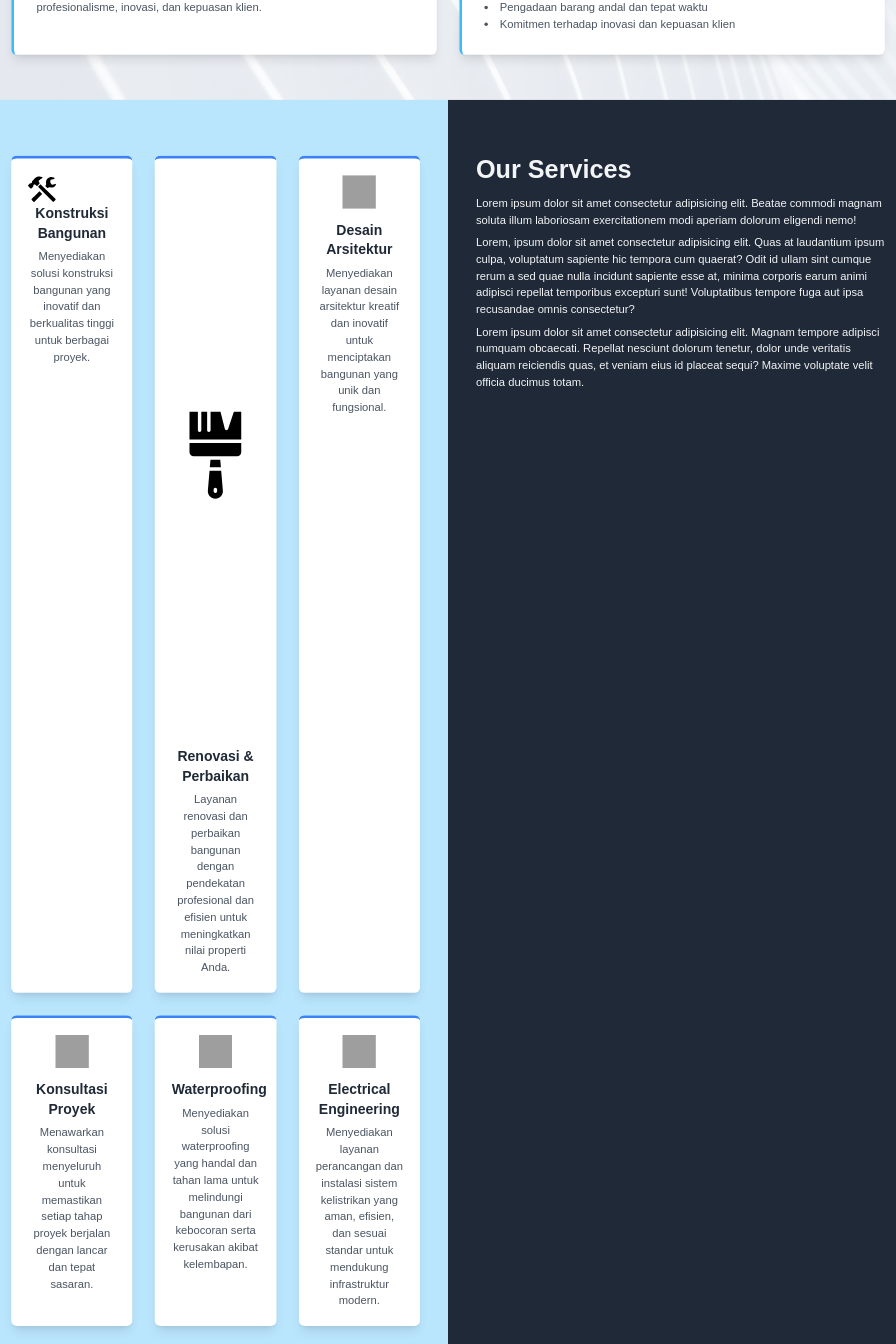
Repository: PrasBaldin/next-mulse
Page: /
An editor plug-in stored every save of this project. The page is shown before and after the next save, followed by the edit.
The browser window is 1280 px wide. The pictures show the part of the page from y = 1826 to 3746 px (the page is 5669 px tall before and 4909 px after), at 70% of full size.
Pictures or frames that could not be fetched are drawn as grey boxes. The project was rebuilt for these pictures with package versions that can differ from the ones it lists, and the page was loaded fresh each time. The framework's server and built-in components were replaced by stand-ins that run in the browser. Also part of the build but not shown: next.config.ts.

Above is the page before, as saved 2025-02-23 15:27:59.

### app/layout.tsx
import type { Metadata } from "next";
import { Geist, Geist_Mono } from "next/font/google";
import "./globals.css";
import Navbar from "@/components/navbar";
import Footer from "@/components/footer";

const geistSans = Geist({
  variable: "--font-geist-sans",
  subsets: ["latin"],
});

const geistMono = Geist_Mono({
  variable: "--font-geist-mono",
  subsets: ["latin"],
});

export const metadata: Metadata = {
  title: "Mulse",
  description: "Selamat datang di PT. Mulse Citra Nusa, kami menyediakan barang dan jasa sesuai kebutuhan Anda.",
};

export default function RootLayout({
  children,
}: Readonly<{
  children: React.ReactNode;
}>) {
  return (
    <html lang="en">
      <body className={`${geistSans.variable} ${geistMono.variable} antialiased`} >
        <Navbar />
        {children}
        <Footer />
      </body>
    </html>
  );
}

### app/page.tsx
import Hero from "@/components/hero";
import AboutPage from "./about/page";
import ServicesPage from "./services/page";

const IndexPage = () => (
  <>
    <Hero />
    <AboutPage />
    <ServicesPage />
    <section className="bg-gray-100 dark:bg-gray-700 text-gray-700 dark:text-gray-100 transition duration-500 ease-in-out py-5">
      <div className="container">
        <div className="py-[15rem]">
          <h1>Ini Halaman Home</h1>
          <p>Lorem ipsum dolor, sit amet consectetur adipisicing elit. Voluptatem possimus ea necessitatibus incidunt placeat vero omnis aliquid doloremque, facere amet.</p>
          <div className="pb-[15rem]">
            <p>Div ke dua</p>
          </div>
          <div className="py-[20rem]"></div>
        </div>
      </div>
    </section>
  </>
);

export default IndexPage

### app/globals.css
@tailwind base;
@tailwind components;
@tailwind utilities;

:root {
  --background: #ffffff;
  --foreground: #171717;
}

@media (prefers-color-scheme: dark) {
  :root {
    --background: #0a0a0a;
    --foreground: #ededed;
  }
}

body {
  font-family: Arial, Helvetica, sans-serif;
  @apply bg-gray-100 dark:bg-gray-700
}

.container {
  @apply mx-auto px-4
}

.btn {
  @apply p-2 rounded-lg hover:bg-gray-200 dark:hover:bg-gray-600 transition duration-500 ease-in-out
}

### app/services/page.tsx
const ServicesPage = () => {
  return (
    <>
      <section className="w-full flex flex-col lg:flex-row">
        <div className="w-full lg:w-1/2 bg-sky-200">
          <div className="sm:max-w-[640px] md:max-w-[768px] lg:max-w-[512px] xl:max-w-[640px] 2xl:max-w-[768px] ml-auto mr-auto lg:mr-0 px-4 lg:pr-10">
            <div className="py-20">
              <div className="grid grid-cols-1 md:grid-cols-2 lg:grid-cols-3 gap-8">
                {/* Card Layanan 1 */}
                <div className="bg-white dark:bg-gray-800 rounded-lg shadow-lg p-6 border-t-4 border-blue-500 hover:shadow-2xl transition duration-300">
                  <svg
                    className="w-10 h-10"
                    version="1.1"
                    xmlns="http://www.w3.org/2000/svg"
                    xmlnsXlink="http://www.w3.org/1999/xlink"
                    viewBox="0 0 512 512"
                    xmlSpace="preserve"
                  >
                    <g>
                      <path d="M360.102,240.012l10.156-10.266c0,0,15.609-13.406,33.406-7.328c30.984,10.578,66.781-0.875,91.609-25.734 c7.063-7.063,15.641-21.234,15.641-21.234c0.984-1.344,1.328-3.047,0.922-4.672l-1.922-7.906c-0.359-1.484-1.313-2.75-2.625-3.531 c-1.313-0.766-2.891-0.969-4.344-0.547l-60.984,16.969c-2.266,0.625-4.688-0.219-6.063-2.109l-28.015-38.594 c-0.859-1.172-1.219-2.641-1.016-4.063l5.641-41c0.297-2.234,1.891-4.047,4.063-4.656l64.406-17.922 c2.906-0.813,4.672-3.813,3.953-6.766l-2.547-10.359c-0.344-1.469-1.281-2.719-2.563-3.5c0,0-5.047-3.344-8.719-5.234 c-36.578-18.891-82.64-13.031-113.312,17.656c-22.656,22.656-31.531,53.688-27.375,83.156c3.203,22.656,1.703,34.703-8.078,45.047 c-0.891,0.922-3.703,3.734-8.047,8L360.102,240.012z" />
                      <path d="M211.383,295.418C143.024,361.652,68.461,433.715,68.461,433.715c-2.547,2.438-4,5.797-4.047,9.313 c-0.047,3.5,1.344,6.891,3.813,9.375l31.938,31.938c2.5,2.484,5.875,3.859,9.391,3.813c3.516-0.031,6.859-1.5,9.281-4.031 l139.328-140.953L211.383,295.418z" />
                      <path d="M501.43,451.371c2.484-2.484,3.859-5.859,3.813-9.375c-0.031-3.516-1.5-6.859-4.031-9.297L227.415,166.246 l-43.953,43.969L450.805,483.09c2.438,2.547,5.781,4,9.297,4.047s6.891-1.344,9.391-3.828L501.43,451.371z" />
                      <path d="M254.196,32.621c-32.969-12.859-86.281-14.719-117.156,16.141c-24.313,24.313-59.875,59.891-59.875,59.891 c-12.672,12.656-0.906,25.219-10.266,34.563c-9.359,9.359-24.313,0-32.734,8.422L3.29,182.527c-4.391,4.375-4.391,11.5,0,15.891 l43.016,43.016c4.391,4.391,11.516,4.391,15.906,0l30.875-30.875c8.438-8.422-0.938-23.375,8.438-32.719 c12.609-12.625,26.375-10.484,34.328-2.547l15.891,15.891l17.219,4.531l43.953-43.953l-5.063-16.688 c-14.016-14.031-16.016-30.266-7.234-39.047c13.594-13.594,36.047-33.234,57.078-41.656 C271.102,49.012,267.055,35.668,254.196,32.621z M194.571,103.48c-0.063,0.047,5.859-7.281,5.969-7.375L194.571,103.48z" />
                    </g>
                  </svg>
                  <h3 className="text-xl font-semibold text-gray-800 dark:text-white mb-2 text-center">
                    Konstruksi Bangunan
                  </h3>
                  <p className="text-gray-600 dark:text-gray-300 text-center">
                    Menyediakan solusi konstruksi bangunan yang inovatif dan
                    berkualitas tinggi untuk berbagai proyek.
                  </p>
                </div>
                {/* Card Layanan 2 */}
                <div className="bg-white dark:bg-gray-800 rounded-lg shadow-lg p-6 border-t-4 border-blue-500 hover:shadow-2xl transition duration-300">
                  <div className="mb-4 flex justify-center">
                    <svg
                      fill="#000000"
                      width="800px"
                      height="800px"
                      viewBox="0 0 512 512"
                      version="1.1"
                      xml:space="preserve"
                      xmlns="http://www.w3.org/2000/svg"
                      xmlns:xlink="http://www.w3.org/1999/xlink"
                    >
                      <g>
                        <g>
                          <polygon points="227.441,282 223.678,327 288.322,327 284.559,282   " />

                          <path d="M299.721,462l-9.718-115h-68.006l-9.718,115c-0.003,0.036-0.007-0.022-0.01,0.014 c-1.188,12.473,2.8,24.401,11.229,33.67c8.429,9.271,19.972,14.352,32.501,14.352c12.529,0,24.072-5.117,32.501-14.387 c8.429-9.27,12.417-21.157,11.229-33.63C299.727,461.983,299.724,462.036,299.721,462z M266,466.177c0,5.502-4.498,9.963-10,9.963 c-5.502,0-10-4.461-10-9.963v-10.959c0-5.502,4.498-9.963,10-9.963c5.502,0,10,4.461,10,9.963V466.177z" />

                          <path d="M363.949,2l-33.743,100.914c-1.403,4.199-5.396,6.947-9.831,6.777c-4.423-0.17-8.204-3.207-9.281-7.5 L285.944,2H228v108.512c0,5.502-4.498,9.963-10,9.963c-5.502,0-10-4.46-10-9.963V2h-34v108.512c0,5.502-4.498,9.963-10,9.963 c-5.502,0-10-4.46-10-9.963V2h-49v163h302V2H363.949z" />

                          <path d="M105,237.375c0,13.67,10.446,24.625,24.117,24.625h89.167h75.432h89.167 c13.67,0,24.117-10.954,24.117-24.625V185H105V237.375z" />
                        </g>
                      </g>
                    </svg>
                  </div>
                  <h3 className="text-xl font-semibold text-gray-800 dark:text-white mb-2 text-center">
                    Renovasi &amp; Perbaikan
                  </h3>
                  <p className="text-gray-600 dark:text-gray-300 text-center">
                    Layanan renovasi dan perbaikan bangunan dengan pendekatan
                    profesional dan efisien untuk meningkatkan nilai properti
                    Anda.
                  </p>
                </div>
                {/* Card Layanan 3 */}
                <div className="bg-white dark:bg-gray-800 rounded-lg shadow-lg p-6 border-t-4 border-blue-500 hover:shadow-2xl transition duration-300">
                  <div className="mb-4 flex justify-center">
                    <img
                      src="/img/service3.svg"
                      alt="Desain Arsitektur"
                      className="w-12 h-12"
                    />
                  </div>
                  <h3 className="text-xl font-semibold text-gray-800 dark:text-white mb-2 text-center">
                    Desain Arsitektur
                  </h3>
                  <p className="text-gray-600 dark:text-gray-300 text-center">
                    Menyediakan layanan desain arsitektur kreatif dan inovatif
                    untuk menciptakan bangunan yang unik dan fungsional.
                  </p>
                </div>
                {/* Card Layanan 4 */}
                <div className="bg-white dark:bg-gray-800 rounded-lg shadow-lg p-6 border-t-4 border-blue-500 hover:shadow-2xl transition duration-300">
                  <div className="mb-4 flex justify-center">
                    <img
                      src="/img/service5.svg"
                      alt="Konsultasi Proyek"
                      className="w-12 h-12"
                    />
                  </div>
                  <h3 className="text-xl font-semibold text-gray-800 dark:text-white mb-2 text-center">
                    Konsultasi Proyek
                  </h3>
                  <p className="text-gray-600 dark:text-gray-300 text-center">
                    Menawarkan konsultasi menyeluruh untuk memastikan setiap
                    tahap proyek berjalan dengan lancar dan tepat sasaran.
                  </p>
                </div>
                {/* Card Layanan 5 */}
                <div className="bg-white dark:bg-gray-800 rounded-lg shadow-lg p-6 border-t-4 border-blue-500 hover:shadow-2xl transition duration-300">
                  <div className="mb-4 flex justify-center">
                    <img
                      src="/img/service2.svg"
                      alt="Pengadaan Material"
                      className="w-12 h-12"
                    />
                  </div>
                  <h3 className="text-xl font-semibold text-gray-800 dark:text-white mb-2 text-center">
                    Waterproofing
                  </h3>
                  <p className="text-gray-600 dark:text-gray-300 text-center">
                    Menyediakan solusi waterproofing yang handal dan tahan lama
                    untuk melindungi bangunan dari kebocoran serta kerusakan
                    akibat kelembapan.
                  </p>
                </div>
                {/* Card Layanan 6 */}
                <div className="bg-white dark:bg-gray-800 rounded-lg shadow-lg p-6 border-t-4 border-blue-500 hover:shadow-2xl transition duration-300">
                  <div className="mb-4 flex justify-center">
                    <img
                      src="/img/service6.svg"
                      alt="Manajemen Proyek"
                      className="w-12 h-12"
                    />
                  </div>
                  <h3 className="text-xl font-semibold text-gray-800 dark:text-white mb-2 text-center">
                    Electrical Engineering
                  </h3>
                  <p className="text-gray-600 dark:text-gray-300 text-center">
                    Menyediakan layanan perancangan dan instalasi sistem
                    kelistrikan yang aman, efisien, dan sesuai standar untuk
                    mendukung infrastruktur modern.
                  </p>
                </div>
              </div>
            </div>
          </div>
        </div>
        <div className="w-full lg:w-1/2 bg-gray-800 text-gray-100">
          <div className="sm:max-w-[640px] md:max-w-[768px] lg:max-w-[512px] xl:max-w-[640px] 2xl:max-w-[768px] ml-auto mr-auto lg:ml-0 px-4 lg:pl-10">
            <div className="py-20">
              <h3 className="mb-4 text-4xl font-bold">Our Services</h3>
              <p className="mb-2">
                Lorem ipsum dolor sit amet consectetur adipisicing elit. Beatae
                commodi magnam soluta illum laboriosam exercitationem modi
                aperiam dolorum eligendi nemo!
              </p>
              <p className="mb-2">
                Lorem, ipsum dolor sit amet consectetur adipisicing elit. Quas
                at laudantium ipsum culpa, voluptatum sapiente hic tempora cum
                quaerat? Odit id ullam sint cumque rerum a sed quae nulla
                incidunt sapiente esse at, minima corporis earum animi adipisci
                repellat temporibus excepturi sunt! Voluptatibus tempore fuga
                aut ipsa recusandae omnis consectetur?
              </p>
              <p>
                Lorem ipsum dolor sit amet consectetur adipisicing elit. Magnam
                tempore adipisci numquam obcaecati. Repellat nesciunt dolorum
                tenetur, dolor unde veritatis aliquam reiciendis quas, et veniam
                eius id placeat sequi? Maxime voluptate velit officia ducimus
                totam.
              </p>
            </div>
          </div>
        </div>
      </section>

      {/*<section className="Services container">
                <div className="flex flex-col lg:flex-row items-center">
                    <div className="w-full lg:w-1/2 py-16 bg-gradient-to-b from-sky-200 to-sky-500 dark:bg-gray-900 text-gray-700 dark:text-gray-100 transition duration-500 ease-in-out">
                        <div className="container">
                            <div className="Services-left">
                                <span>content</span>
                            </div>
                        </div>
                    </div>
                    <div className="w-full lg:w-1/2 py-16 bg-gradient-to-b from-gray-700 to-gray-900 dark:bg-gray-900 text-gray-700 dark:text-gray-100 transition duration-500 ease-in-out">
                        <div className="container">
                            <div className="Services-right">
                                <span>content right</span>
                            </div>
                        </div>
                    </div>
                </div>
                </section>*/}
    </>
  );
};

export default ServicesPage;

// <section className="py-16 bg-gray-50 dark:bg-gray-900">
//     <div className="container mx-auto px-4">
//         <h1 className="text-4xl font-bold text-center text-gray-800 dark:text-white mb-12 relative inline-block">
//             Layanan Kami
//             <span className="absolute -bottom-2 left-1/2 transform -translate-x-1/2 w-24 h-1 bg-blue-500"></span>
//         </h1>

//     </div>
// </section>

### components/footer.css
footer table tr a {
    @apply transition duration-300
}

footer table tr:hover a {
    @apply text-sky-400
}

### components/hero.css
.hero-wrap {
    @apply h-[110vh] min-h-[40rem] overflow-hidden
}

.hero-parallax {
    @apply relative h-[110vh] min-h-[40rem] w-full bg-cover bg-center bg-fixed translate-y-[-0.2px]
}

.hero-mask {
    @apply absolute inset-0 flex items-center justify-center bg-black bg-opacity-30 dark:bg-opacity-50 text-white text-3xl font-bold transition duration-500 ease-in-out
}

.benefit-section {
    @apply max-w-full md:max-w-[85rem] mx-auto md:absolute top-[100vh]
}

.benefit-card {
    @apply transition transform duration-300 ease-in-out p-6 xl:col-span-2
}

### components/heroTypewriter.tsx
"use client";
import { useEffect, useRef, useState } from "react";

interface TypewriterProps {
    text: string;
    speed?: number;
    className?: string;
    delay?: number;
}

export default function Typewriter({
    text,
    speed = 5,
    className = "",
    delay = 0,
}: TypewriterProps) {
    const [displayText, setDisplayText] = useState<string>("");
    const indexRef = useRef<number>(0);

    useEffect(() => {
        setDisplayText("");
        indexRef.current = 0;

        let animationFrameId: number;
        let lastTime: number = performance.now();

        const update = (now: number) => {
            // Hanya update jika tab aktif
            if (document.visibilityState === "hidden") {
                animationFrameId = requestAnimationFrame(update);
                return;
            }

            if (now - lastTime >= speed) {
                setDisplayText((prev) => prev + text.charAt(indexRef.current));
                indexRef.current++;
                lastTime = now;
            }

            if (indexRef.current < text.length) {
                animationFrameId = requestAnimationFrame(update);
            }
        };

        const timeoutId = setTimeout(() => {
            animationFrameId = requestAnimationFrame(update);
        }, delay);

        return () => {
            clearTimeout(timeoutId);
            cancelAnimationFrame(animationFrameId);
        };
    }, [text, speed, delay]);

    return <span className={className}>{displayText}</span>;
}

### app/_assets/icon/iconID.tsx
import React from "react";

const iconID = () => {
    return (
        <svg className="w-5 h-5 rounded-full" version="1.1" id="Layer_1" xmlns="http://www.w3.org/2000/svg" xmlnsXlink="http://www.w3.org/1999/xlink" x="0px" y="0px"
            width="150px" height="150px" viewBox="0 0 150 150" enableBackground="new 0 0 150 150" xmlSpace="preserve">
            <rect x="-1" y="-0.999" fill="#ED1C24" width="152" height="75.999" />
            <rect x="-1" y="75" fill="#FFFFFF" width="152" height="76" />
            <path opacity="0.1" d="M151,160H66c0,0,60.501-26.039,60.501-85C126.501,16.207,66-9.999,66-9.999h85V160z" />
        </svg>
    )
}

export default iconID

### components/toggleLanguage.css
.toggle-lang {
    @apply absolute top-0 bottom-0 left-0 right-0 flex items-center justify-center transition-all duration-500 transform
}

### app/_assets/icon/iconDarkmode.tsx
import React from "react";

const IconDarkmode = () => {
    return (
        <svg xmlns="http://www.w3.org/2000/svg" className="h-5 w-5 text-gray-700 dark:text-gray-100" fill="none" viewBox="0 0 24 24" stroke="currentColor">
            <path strokeLinecap="round" strokeLinejoin="round" strokeWidth={2} d="M20.354 15.354A9 9 0 018.646 3.646 9.003 9.003 0 0012 21a9.003 9.003 0 008.354-5.646z" />
        </svg>
    )
}

export default IconDarkmode

### app/_assets/icon/iconLightmode.tsx
import React from "react";

const IconLightMode = () => {
    return (
        <svg xmlns="http://www.w3.org/2000/svg" className="h-5 w-5 text-gray-100" fill="none" viewBox="0 0 24 24" stroke="currentColor">
            <path strokeLinecap="round" strokeLinejoin="round" strokeWidth="2" d="M12 3v1m0 16v1m9-9h-1M4 12H3m15.364 6.364l-.707-.707M6.343 6.343l-.707-.707m12.728 0l-.707.707M6.343 17.657l-.707.707" />
            <circle cx="12" cy="12" r="3" stroke="currentColor" strokeWidth="2" fill="none" />
        </svg>
    )
}

export default IconLightMode

### components/toggleDarkMode.css
.toggle-dark-mode {
    @apply absolute top-0 bottom-0 left-0 right-0 flex items-center justify-center transition-all duration-500 transform
}

.toggle-dark-mode-mobile {
    @apply flex items-center justify-center transition-all duration-500 transform
}

### tailwind.config.ts
import type { Config } from "tailwindcss";

export default {
  darkMode: 'class',
  content: [
    "./pages/**/*.{js,ts,jsx,tsx,mdx}",
    "./components/**/*.{js,ts,jsx,tsx,mdx}",
    "./app/**/*.{js,ts,jsx,tsx,mdx}"
  ],
  theme: {
    extend: {
      width: {
        '11': '2.75rem',
      },
      height: {
        '11': '2.75rem',
      },
      colors: {
        background: "var(--background)",
        foreground: "var(--foreground)",
      },
    },
  },
  plugins: [],
} satisfies Config;

Loaded but not shown: components/footer.tsx (228 lines, source omitted); components/navbar.tsx (140 lines, source omitted); components/hero.tsx (136 lines, source omitted); app/_assets/icon/iconEN.tsx (58 lines, source omitted); app/about/page.tsx (67 lines, source omitted); app/_assets/icon/iconThumbUp.tsx (45 lines, source omitted); components/heroBenefitSection.tsx (100 lines, source omitted); components/toggleDarkMode.tsx (58 lines, source omitted); app/_assets/icon/iconTeam.tsx (31 lines, source omitted); components/toggleLanguage.tsx (56 lines, source omitted); components/navbar.css (43 lines, source omitted); app/_assets/icon/iconStar.tsx (12 lines, source omitted)

After the next save:
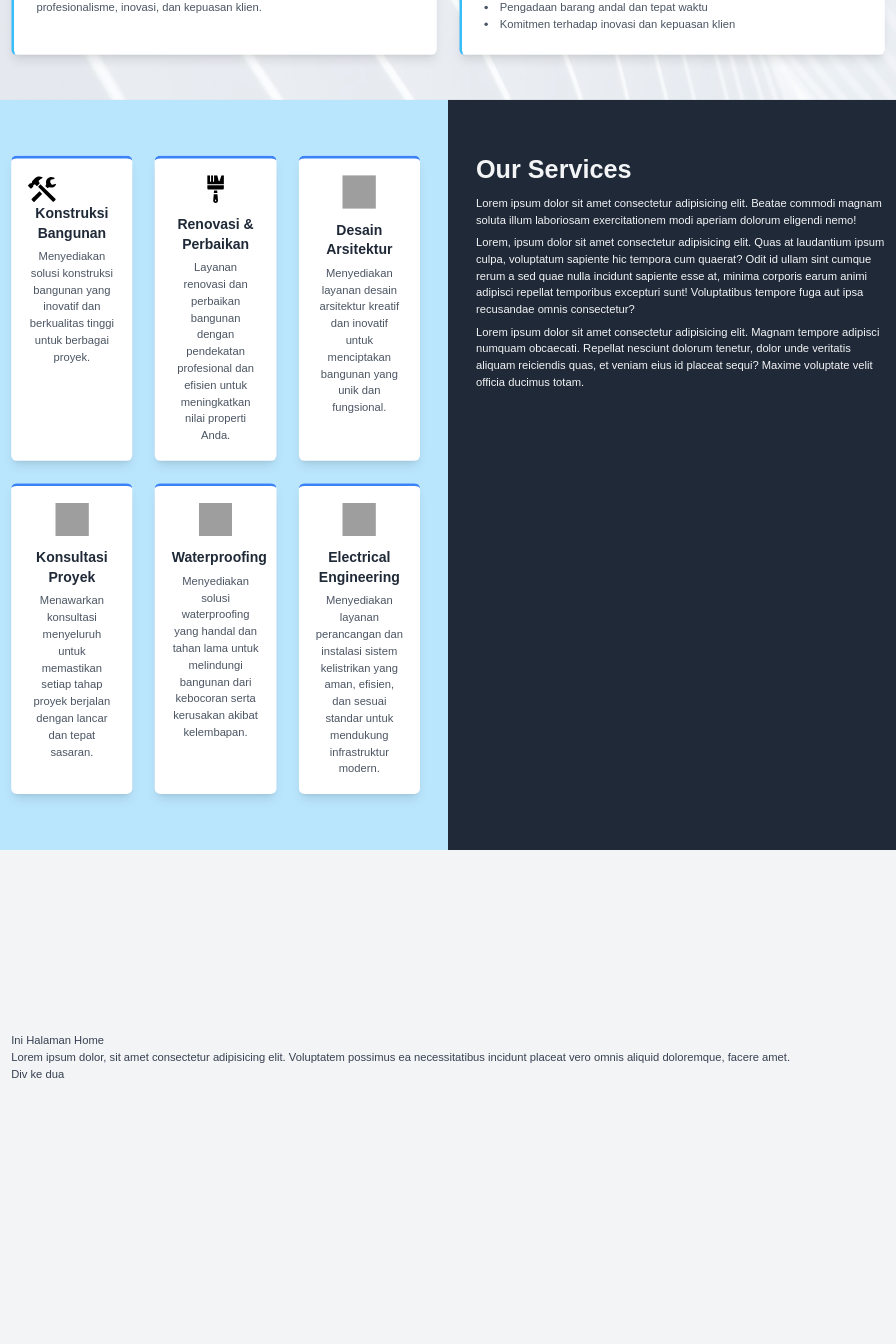
Saved 32 s later.
--- a/app/services/page.tsx
+++ b/app/services/page.tsx
@@ -35,23 +35,19 @@ const ServicesPage = () => {
                 <div className="bg-white dark:bg-gray-800 rounded-lg shadow-lg p-6 border-t-4 border-blue-500 hover:shadow-2xl transition duration-300">
                   <div className="mb-4 flex justify-center">
                     <svg
-                      fill="#000000"
-                      width="800px"
-                      height="800px"
+                      className="w-10 h-10"
+                      fill="currentColor"
                       viewBox="0 0 512 512"
                       version="1.1"
-                      xml:space="preserve"
+                      xmlSpace="preserve"
                       xmlns="http://www.w3.org/2000/svg"
-                      xmlns:xlink="http://www.w3.org/1999/xlink"
+                      xmlnsXlink="http://www.w3.org/1999/xlink"
                     >
                       <g>
                         <g>
                           <polygon points="227.441,282 223.678,327 288.322,327 284.559,282   " />
-
                           <path d="M299.721,462l-9.718-115h-68.006l-9.718,115c-0.003,0.036-0.007-0.022-0.01,0.014 c-1.188,12.473,2.8,24.401,11.229,33.67c8.429,9.271,19.972,14.352,32.501,14.352c12.529,0,24.072-5.117,32.501-14.387 c8.429-9.27,12.417-21.157,11.229-33.63C299.727,461.983,299.724,462.036,299.721,462z M266,466.177c0,5.502-4.498,9.963-10,9.963 c-5.502,0-10-4.461-10-9.963v-10.959c0-5.502,4.498-9.963,10-9.963c5.502,0,10,4.461,10,9.963V466.177z" />
-
                           <path d="M363.949,2l-33.743,100.914c-1.403,4.199-5.396,6.947-9.831,6.777c-4.423-0.17-8.204-3.207-9.281-7.5 L285.944,2H228v108.512c0,5.502-4.498,9.963-10,9.963c-5.502,0-10-4.46-10-9.963V2h-34v108.512c0,5.502-4.498,9.963-10,9.963 c-5.502,0-10-4.46-10-9.963V2h-49v163h302V2H363.949z" />
-
                           <path d="M105,237.375c0,13.67,10.446,24.625,24.117,24.625h89.167h75.432h89.167 c13.67,0,24.117-10.954,24.117-24.625V185H105V237.375z" />
                         </g>
                       </g>
